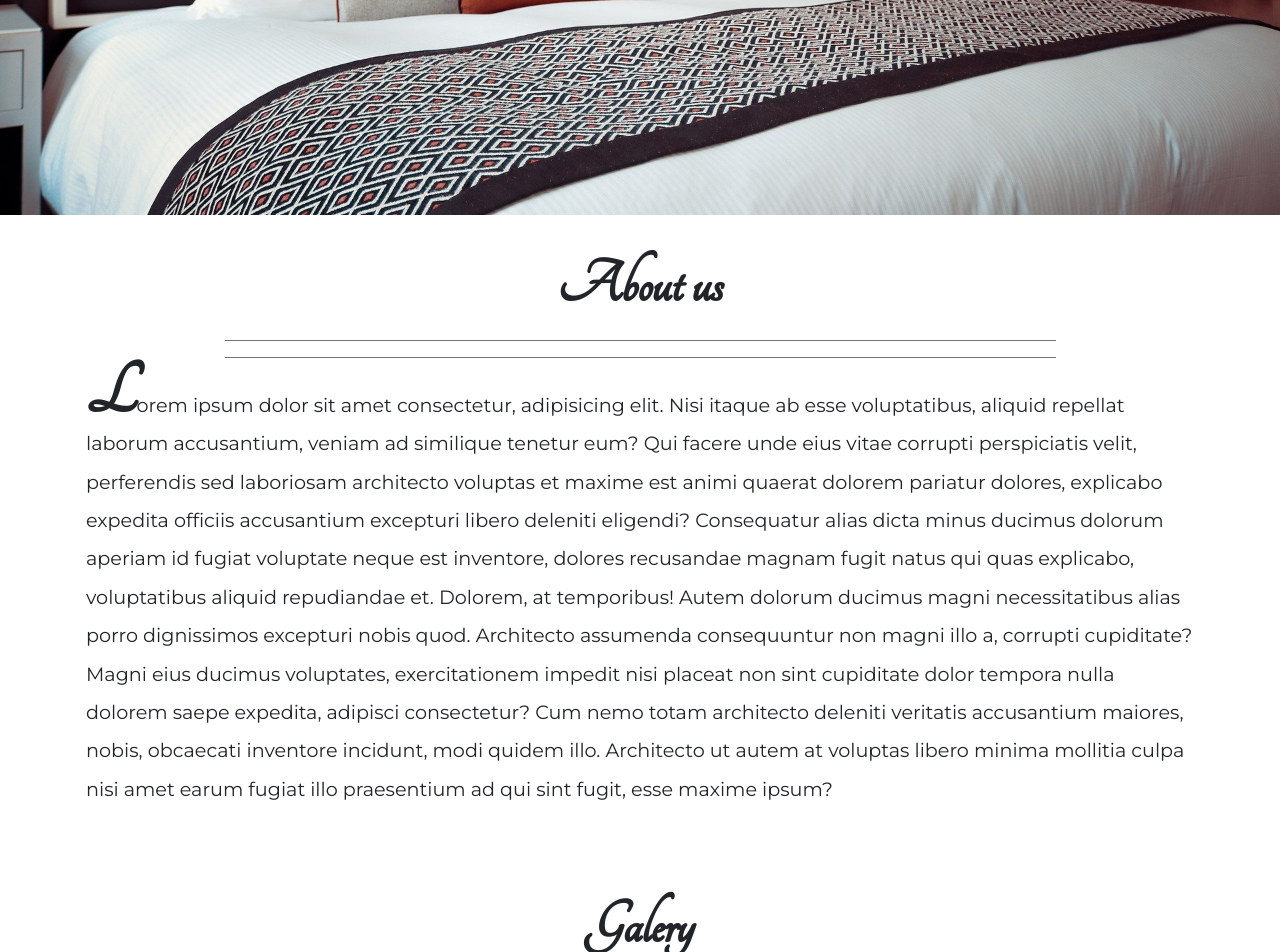
Repository: Ulaa93/Hotel-Zanzibar
Page: index.html
An editor plug-in stored every save of this project. The page is shown before and after the next save, followed by the edit.
The browser window is 1280 px wide. The pictures show the part of the page from y = 585 to 1537 px (the page is 3056 px tall before and 3072 px after).
A picture or video elsewhere on the page could not be fetched, so the positions and the page height are approximate.

Above is the page before, as saved 2020-01-28 11:10:43.

### index.html
<!DOCTYPE html>
<html lang="en">
  <head>
    <meta charset="UTF-8" />
    <meta name="viewport" content="width=device-width, initial-scale=1.0" />
    <meta http-equiv="X-UA-Compatible" content="ie=edge" />
    <title>Hotel Zanzibar</title>
    <link rel="icon" href="./ikona.ico" />
    <link
      href="https://fonts.googleapis.com/css?family=Montserrat|Tangerine&display=swap"
      rel="stylesheet"
    />
    <link href="./fontawesome-free-5.12.0-web/css/all.css" rel="stylesheet" />
    <link
      rel="stylesheet"
      href="https://stackpath.bootstrapcdn.com/bootstrap/4.4.1/css/bootstrap.min.css"
      integrity="sha384-Vkoo8x4CGsO3+Hhxv8T/Q5PaXtkKtu6ug5TOeNV6gBiFeWPGFN9MuhOf23Q9Ifjh"
      crossorigin="anonymous"
    />
    <link rel="stylesheet" href="style.css" />
    <script src="https://unpkg.com/scrollreveal"></script>

  </head>
  <body>
    <nav class="navbar sticky-top navbar-expand-lg navbar-dark">
      <a class="navbar-brand hotel-zanzibar" href="./index.html"
        >Hotel Zanzibar</a
      >
      <button
        class="navbar-toggler"
        type="button"
        data-toggle="collapse"
        data-target="#navbarNavDropdown"
        aria-controls="navbarNavDropdown"
        aria-expanded="false"
        aria-label="Toggle navigation"
      >
        <span class="navbar-toggler-icon"></span>
      </button>
      <div
        class="collapse navbar-collapse w-100 order-3 dual-collapse2"
        id="navbarNavDropdown"
      >
        <ul class="navbar-nav ml-auto">
          <li class="nav-item ">
            <a class="nav-link" href="./about-us.html">About us </a>
          </li>
          <li class="nav-item">
            <a class="nav-link" href="./galery.html">Galery</a>
          </li>
          <li class="nav-item">
            <a class="nav-link" href="./events.html">Events</a>
          </li>
          <li class="nav-item">
            <a class="nav-link" href="./reservation.html">Reservation</a>
          </li>
          <li class="nav-item">
            <a class="nav-link" href="./contact.html">Contact</a>
          </li>
        </ul>
      </div>
    </nav>

    <section class="hotel-main">
      <div class="welcome">
        <span>Welcome in</span>
        <h1>Hotel Zanzibar</h1>
      </div>
    </section>
    <section class="hotel-about container p-3">
      <h2>About us</h2>
      <hr />
      <hr />
      <div></div>
      <p>
        Lorem ipsum dolor sit amet consectetur, adipisicing elit. Nisi itaque ab
        esse voluptatibus, aliquid repellat laborum accusantium, veniam ad
        similique tenetur eum? Qui facere unde eius vitae corrupti perspiciatis
        velit, perferendis sed laboriosam architecto voluptas et maxime est
        animi quaerat dolorem pariatur dolores, explicabo expedita officiis
        accusantium excepturi libero deleniti eligendi? Consequatur alias dicta
        minus ducimus dolorum aperiam id fugiat voluptate neque est inventore,
        dolores recusandae magnam fugit natus qui quas explicabo, voluptatibus
        aliquid repudiandae et. Dolorem, at temporibus! Autem dolorum ducimus
        magni necessitatibus alias porro dignissimos excepturi nobis quod.
        Architecto assumenda consequuntur non magni illo a, corrupti cupiditate?
        Magni eius ducimus voluptates, exercitationem impedit nisi placeat non
        sint cupiditate dolor tempora nulla dolorem saepe expedita, adipisci
        consectetur? Cum nemo totam architecto deleniti veritatis accusantium
        maiores, nobis, obcaecati inventore incidunt, modi quidem illo.
        Architecto ut autem at voluptas libero minima mollitia culpa nisi amet
        earum fugiat illo praesentium ad qui sint fugit, esse maxime ipsum?
      </p>
    </section>
    <section class="galery container p-5">
      <h2>Galery</h2>
      <hr />
      <hr />
      <div
        id="carouselExampleCaptions"
        class="carousel slide"
        data-ride="carousel"
      >
        <ol class="carousel-indicators">
          <li
            data-target="#carouselExampleCaptions"
            data-slide-to="0"
            class="active"
          ></li>
          <li data-target="#carouselExampleCaptions" data-slide-to="1"></li>
          <li data-target="#carouselExampleCaptions" data-slide-to="2"></li>
          <li data-target="#carouselExampleCaptions" data-slide-to="3"></li>
          <li data-target="#carouselExampleCaptions" data-slide-to="4"></li>
          <li data-target="#carouselExampleCaptions" data-slide-to="5"></li>
        </ol>
        <div class="carousel-inner">
          <div class="carousel-item active">
            <img
              src="./img/rooms/hotelroom-2205447_1280.jpg"
              class="d-block w-100"
            />
          </div>
          <div class="carousel-item">
            <img
              src="./img/rooms/bedroom-1285156_1280.jpg"
              class="d-block w-100"
            />
          </div>
          <div class="carousel-item">
            <img
              src="./img/rooms/hotel-1330841_1280.jpg"
              class="d-block w-100"
            />
          </div>
          <div class="carousel-item">
            <img
              src="./img/rooms/hotel-4416515_1920.jpg"
              class="d-block w-100"
            />
          </div>
          <div class="carousel-item">
            <img
              src="./img/rooms/hotel-1749602_1280.jpg"
              class="d-block w-100"
            />
          </div>
          <div class="carousel-item">
            <img
              src="./img/rooms/hotel-room-1447201_1920.jpg"
              class="d-block w-100"
            />
          </div>
        </div>
        <a
          class="carousel-control-prev"
          href="#carouselExampleCaptions"
          role="button"
          data-slide="prev"
        >
          <span class="carousel-control-prev-icon" aria-hidden="true"></span>
          <span class="sr-only">Previous</span>
        </a>
        <a
          class="carousel-control-next"
          href="#carouselExampleCaptions"
          role="button"
          data-slide="next"
        >
          <span class="carousel-control-next-icon" aria-hidden="true"></span>
          <span class="sr-only">Next</span>
        </a>
      </div>
    </section>

    <section class="container p-3 contact">
      <h2>Contact</h2>
      <hr />
      <hr />
      <div class="row">
        <div class="col-sm-6 ">
          <div class="card ">
            <div class="card-body">
              <div class="card-body">
                <i class="fas fa-phone"></i>
                phone: 012 345 678
              </div>
              <div class="card-body">
                <i class="fas fa-envelope"></i>
                mail: example@example.com
              </div>
              <div class="card-body">
                <i class="fas fa-map-marker-alt"></i>
                adress: example adress
              </div>
            </div>
          </div>
        </div>
        <div class="col-sm-6">
          <div class="card">
            <div class="card-body">
              <form>
                <div class="form-group">
                  <label for="nameInput">Name</label>
                  <input
                    type="text"
                    class="form-control"
                    id="nameInput"
                    placeholder="Name"
                  />
                </div>
                <div class="form-group">
                  <label for="emailInput">Email address</label>
                  <input
                    type="email"
                    class="form-control"
                    id="emailInput"
                    placeholder="name@example.com"
                  />
                </div>
                <div class="form-group">
                  <label for="messageInput">Message</label>
                  <textarea
                    class="form-control"
                    id="messageInput"
                    rows="3"
                  ></textarea>
                </div>
                <button type="submit" class="btn btn-primary">Submit</button>
              </form>
            </div>
          </div>
        </div>
      </div>
    </section>

    <footer>
      <div>Copyright &copy; Urszula Kosior 2020</div>
    </footer>

    <script
      src="https://code.jquery.com/jquery-3.4.1.slim.min.js"
      integrity="sha384-J6qa4849blE2+poT4WnyKhv5vZF5SrPo0iEjwBvKU7imGFAV0wwj1yYfoRSJoZ+n"
      crossorigin="anonymous"
    ></script>
    <script
      src="https://cdn.jsdelivr.net/npm/popper.js@1.16.0/dist/umd/popper.min.js"
      integrity="sha384-Q6E9RHvbIyZFJoft+2mJbHaEWldlvI9IOYy5n3zV9zzTtmI3UksdQRVvoxMfooAo"
      crossorigin="anonymous"
    ></script>
    <script
      src="https://stackpath.bootstrapcdn.com/bootstrap/4.4.1/js/bootstrap.min.js"
      integrity="sha384-wfSDF2E50Y2D1uUdj0O3uMBJnjuUD4Ih7YwaYd1iqfktj0Uod8GCExl3Og8ifwB6"
      crossorigin="anonymous"
    ></script>
    <script src="./script.js"></script>
  </body>
</html>

### style.css
* {
  padding: 0;
  margin: 0;
  font-family: 'Montserrat', sans-serif;
}

.navbar {
  height: 80px;
  background-color: rgba(124, 98, 98, 0.712);
}
/* .navbar a{
    color:black;
} */
.hotel-zanzibar {
  font-size: 3em;
  font-family: 'Tangerine', cursive;
}

.hotel-main {
  background-image: url(./img/rooms/hotel-room-1447201_1920.jpg);
  width: 100%;
  height: 100vh;
  background-size: cover;
  background-position: center;
  display: flex;
  flex-direction: column;
  /* justify-content: center; */
  /* align-items: flex-start; */
  padding: 200px 0;
  /* color: white; */
  /* line-height: 400%; */
  margin-bottom: 1em;
}

.welcome {
  background-color: rgba(255, 255, 255, 0.555);
  padding: 3em;
  text-align: center;
}
.welcome span {
  font-size: 3em;
  font-family: 'Tangerine', cursive;
}
.welcome h1 {
  font-size: 5em;
  font-family: 'Tangerine', cursive;
  font-weight: 600;
}

h2 {
  text-align: center;
  font-size: 4em;
  font-weight: 600;
  font-family: 'Tangerine', cursive;
}
section p {
  font-size: 1.2em;
  line-height: 2em;
}

section p::first-letter {
  font-size:4em;
  font-weight: 600;
  font-family: 'Tangerine', cursive;
}

hr {
margin:16px auto;
 width: 75%;
 background-color:gray;

}
/* .galery .carousel-inner {
  /* background-size: contain; */
  /* height: 55vh; */
  /* min-height: 400px; */
  /* overflow: hidden; */
  /* background-position: center; */


  .back i{
    font-size: 2em;
    margin: 0 0.2em;
    vertical-align: middle;

}
.back{
    font-size: 1.2em;
    vertical-align: middle;
position: absolute;
top:7em;
left:15em;
}
.back a{
    color: black;
    text-decoration: none;
}

footer{
 text-align: center;
 color: white;
  background-color: rgba(124, 98, 98, 0.712);
height: 80px;
line-height: 80px;
font-size: 1.2em;;
}


.contact .row{
  align-items: center;
}
.contact i{
  margin-right: 1em;
}

### script.js

const nodeArray = [
    document.querySelector('.hotel-main'),
    document.querySelector('.hotel-about'),
    document.querySelector('.galery'),
    document.querySelector('.contact')
];

ScrollReveal().reveal(nodeArray, {
  delay: 475,
  duration: 1000,
  reset: true
});

Loaded but not shown: fontawesome-free-5.12.0-web/css/all.css (library)

After the next save:
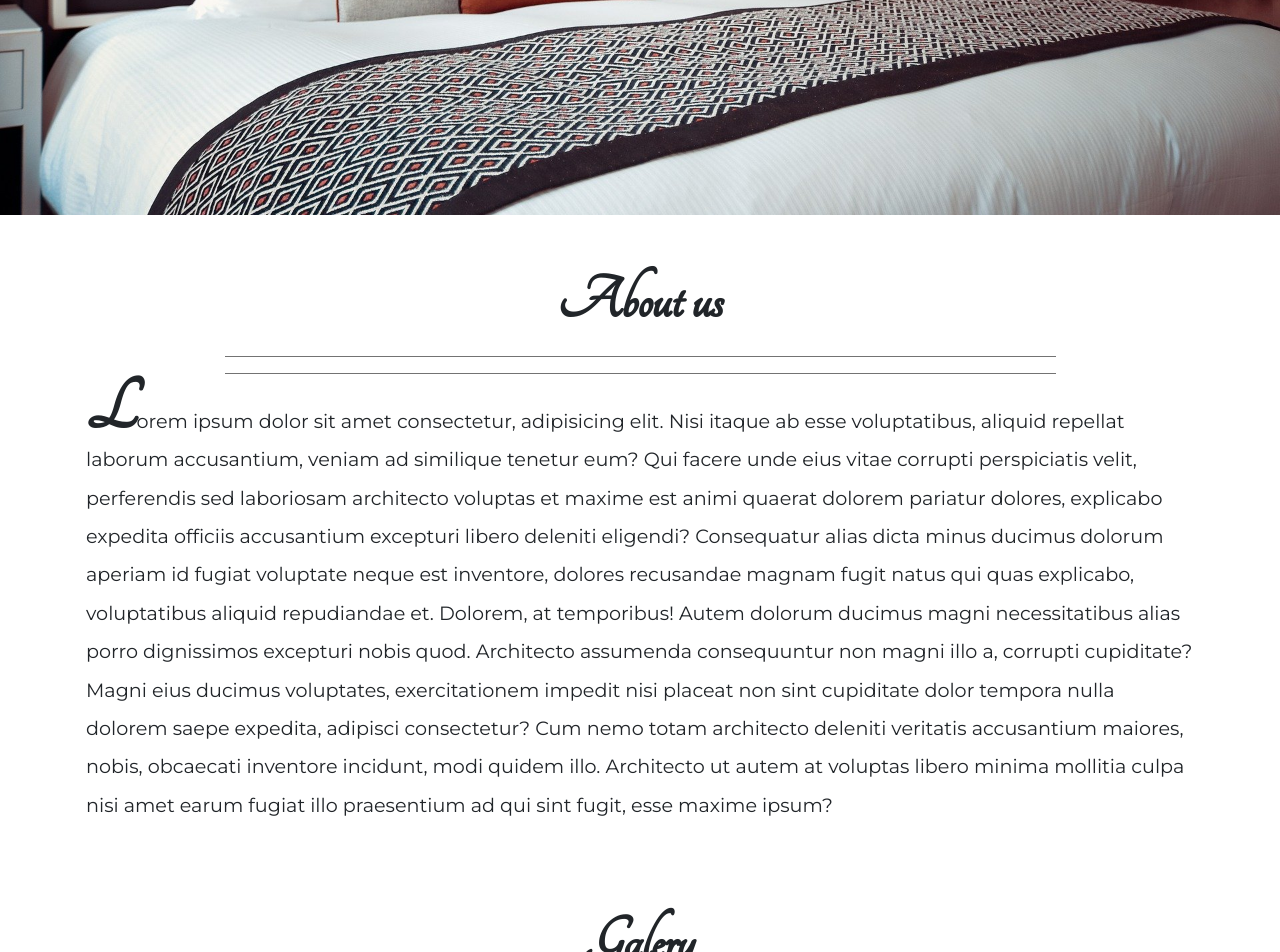
Saved 17 s later.
--- a/style.css
+++ b/style.css
@@ -29,7 +29,7 @@
   padding: 200px 0;
   /* color: white; */
   /* line-height: 400%; */
-  margin-bottom: 1em;
+  margin-bottom: 2em;
 }
 
 .welcome {
